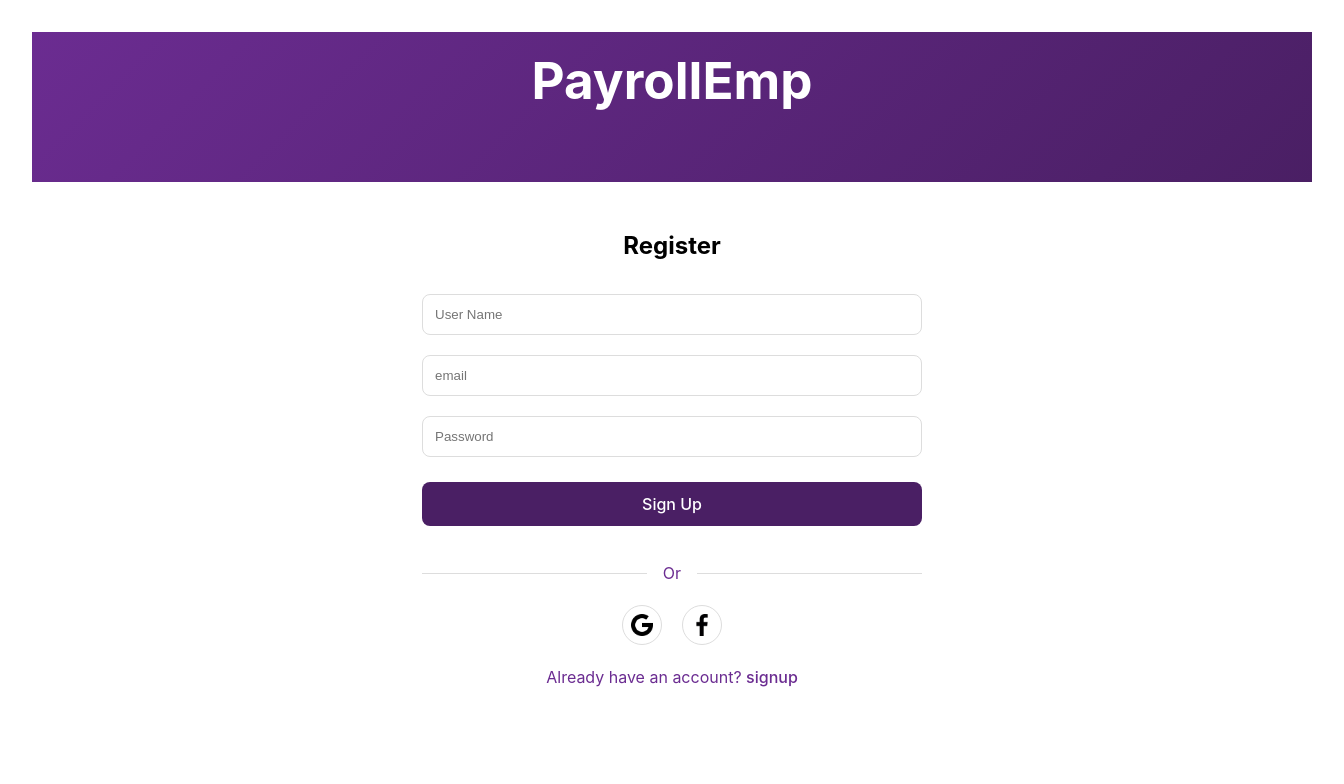
Repository: nino-pixel/payrolllatest
Page: /signup (app in web_vue/)
The author's editor kept a copy of each file at every save. The page is drawn from the files as they stood at one save, then again after the next save.
The browser window is 1280 px wide. The page is 1344 px wide, then 1280 px, so the pictures cover 1344 px, including what lies to the right of the window. The pictures show the whole page.
The project was rebuilt for these pictures with package versions that can differ from the ones it lists, and the page was loaded fresh each time. Also part of the build but not shown: web_vue/vite.config.js, web_vue/src/components/login_page.vue.

Above is the page before, as saved 2024-12-18 19:53:36.

After the next save:
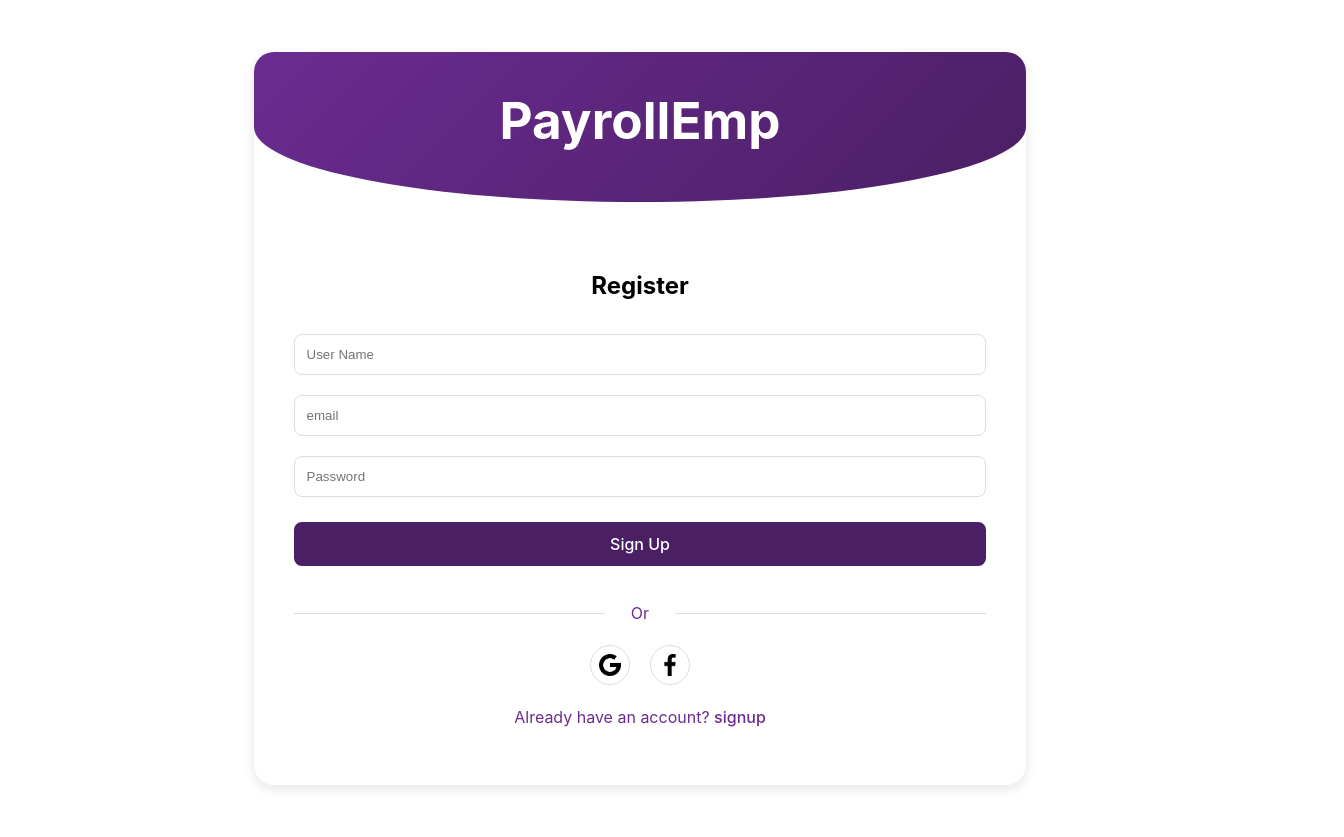
Saved 1 s later.
--- a/web_vue/src/components/sign_up.vue
+++ b/web_vue/src/components/sign_up.vue
@@ -96,27 +96,29 @@ body {
 }
 
 .signup-container {
-  width: 100vw;           /* Full viewport width */
-    height: 100vh;          /* Full viewport height */
+  width: 100%;
     position: relative;
-    margin: 0;              /* Remove margins */
-    padding: 0;             /* Remove padding */
+    min-height: 100vh;  /* Changed from max-width to min-height */
+    margin: 20px auto;
+    padding: 20px;
     background: white;
-    display: flex;
+    border-radius: 20px;
+    box-shadow: 0 4px 12px rgba(0,0,0,0.1);
+    display: flex;      /* Added for better centering */
     flex-direction: column;
     align-items: center;
-    overflow: hidden;
 }
 
 .wave-bg {
-  position: absolute;
+    position: absolute;
     top: 0;
     left: 0;
     right: 0;
     height: 150px;
     background: linear-gradient(135deg, #6b2c91, #4a1f64);
-    border-radius: 0;
-}
+    border-radius: 20px 20px 50% 50%;
+}
+
 h1 {
     color: white;
     position: relative;
@@ -124,12 +126,8 @@ h1 {
 }
 
 .signup-form {
-  width: 100%;           /* Full width */
-    max-width: 500px;      /* Optional: limit maximum width */
-    padding: 20px 40px;    /* Add more horizontal padding */
+    padding: 20px;
     margin-top: 60px;
-    position: relative;
-    z-index: 1;
 }
 
 input {
